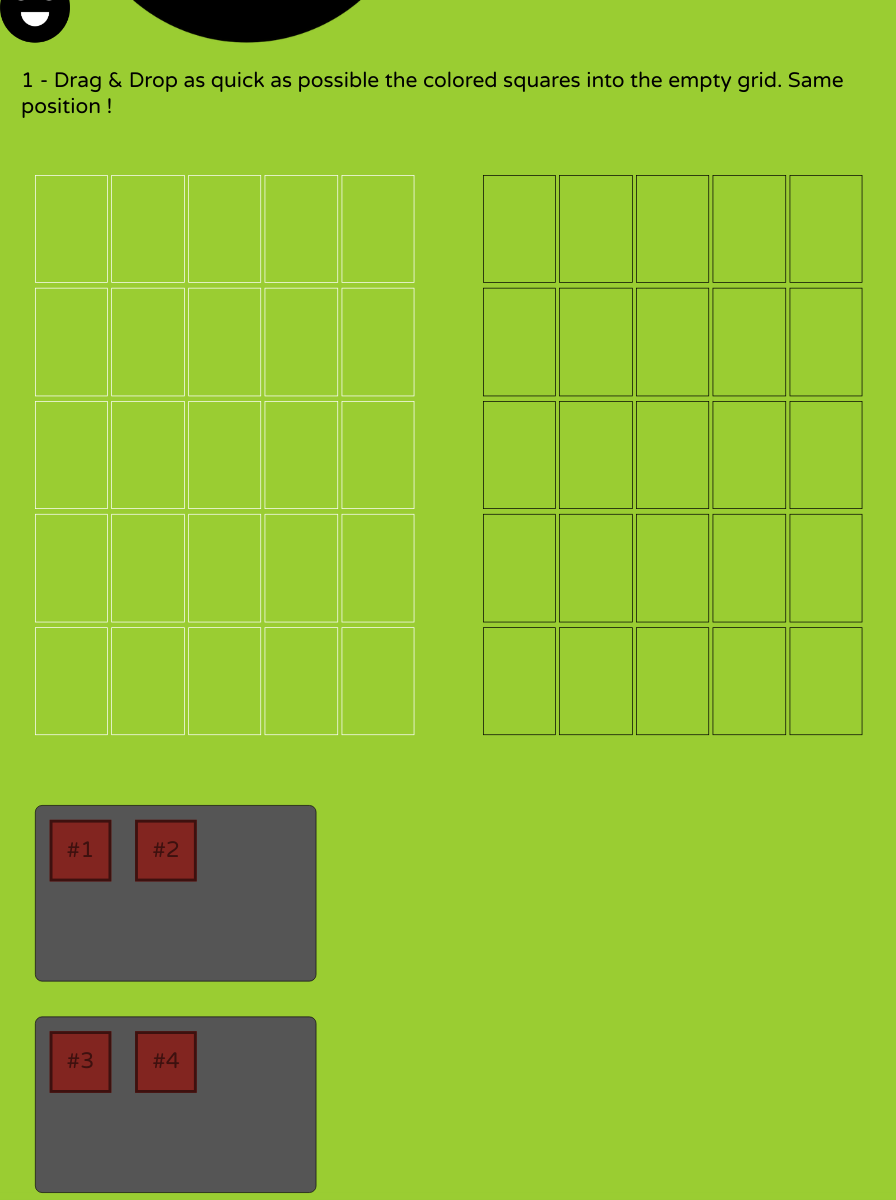
Repository: Siehan/Quiky-drag-and-drop
Page: index.html
These files come from the project's save history. The page is drawn as it stood at one moment and after a run of saves; the edit follows.
The browser window is 1280 px wide. The pictures show the part of the page from y = 913 to 2833 px (the page is 2627 px tall before and 3527 px after), at 70% of full size.

Above is the page before, as saved 2020-01-22 15:22:09.
Console error: TypeError: Cannot read properties of null (reading 'addEventListener')

### index.html
<!DOCTYPE html>
<html lang="en">

<head>
  <meta charset="UTF-8">
  <meta name="viewport" content="width=device-width, initial-scale=1.0">
  <meta http-equiv="X-UA-Compatible" content="ie=edge">
  <link rel="stylesheet" type="text/css" href="style.css">
  <script type="module" src="grid.js"></script>
  <script type="text/javascript"></script>
  <title>Document</title>
</head>

<body>
  <header>
    <img class="thumbs-face" src="images/Thumbs-Up-Smiley-Face.png" alt="thumbs face">
    <h1>Quiky Drag & Drop</h1>
    <button id="button-go">Go!</button>
    <button id="button-reset">Reset</button>
  </header>

  <div id="time"></div>
  <img class="black-face" src="images/1297390581.png" alt="black face">
  <img class="dragImg" src=drag_img.png>

  <p>1 - Drag & Drop as quick as possible the colored squares into the empty grid. Same position !</p>
  <div id="container">

    <div class="container-one"></div>
    <div class="container-two"></div>
  </div>

  <div class="dropper">
    <div class="draggable">#1</div>
    <div class="draggable">#2</div>
  </div>
  <div class="dropper">
    <div class="draggable">#3</div>
    <div class="draggable">#4</div>
  </div>

</body>

</html>

### style.css
@import url("https://fonts.googleapis.com/css?family=Varela+Round&display=swap");

body, html {
  font-family: 'Varela Round', sans-serif;
  background: yellowgreen;
  margin: 0 auto;
  padding: 0;
}

#button-go {
  width: 150px;
  color: white;
  font-size: 20px;
  background-color: orange;
  padding: 15px;
  border-radius: 30px 5px;
}

#button-reset {
  width: 150px;
  color: white;
  font-size: 20px;
  background-color: red;
  padding: 15px;
  border-radius: 30px 5px;
}

h1 {
  color: white;
  text-align: center;
  font-size: 50px;
}

p {
  padding: 30px;
  margin: auto;
  font-family: 'Varela Round', sans-serif;
  font-size: 30px;
  color: black;
}

.black-face {
  width: 100px;
}

.thumbs-face {
  width: 150px;
  display: block;
  margin-left: auto;
  margin-right: auto;
  padding-top: 10px;
  margin: auto;
}

#container {
  display: flex;
}

.container-one {
  display: grid;
  padding: 50px;
  grid-template-columns: repeat(5,1fr);
  grid-template-rows: repeat(5,1fr);
  width: 800px;
  height: 800px;
  grid-gap: 7px;
}
.container-two {
  display: grid;
  padding: 50px;
  grid-template-columns: repeat(5,1fr);
  grid-template-rows: repeat(5,1fr);
  width: 800px;
  height: 800px;
  grid-gap: 7px;
}

.container-one div {
  border: 1.5px solid white;
  width: 100%;
}

.container-two div {
  border: 1.5px solid black;
  width: 100%;
}

#time {
  padding: 50px;
  margin: auto;
  color: white;
  font-size: 25px;
}

.dropper {
    margin: 50px 10px 10px 50px;
    width: 400px;
    height: 250px;
    background-color: #555;
    border: 1px solid #111;

    border-radius: 10px;
    transition: all 200ms linear;
}

.drop_hover {
    box-shadow: 0 0 30px rgba(0, 0, 0, 0.8) inset;
}

.draggable {
    display: inline-block;
    margin: 20px 10px 10px 20px;
    padding-top: 20px;
    width: 80px;
    height: 60px;
    color: #3D110F;
    background-color: #822520;
    border: 4px solid #3D110F;
    text-align: center;
    font-size: 2em;
    cursor: move;

    transition: all 200ms linear;
    user-select: none;
}

### grid.js
function selectGeometricForms() {
    const btn = document.getElementById("button-go");
    const btnReset = document.getElementById("button-reset");
}

function setBlockColor() {
    const cases = document.querySelectorAll(".container-one div");
    cases.forEach(
        c =>
            c.style.background = getRandomColor())
}

function getRandomColor() {
    var letters = '0123456789ABCDEF';
    var color = '#';
    for (var i = 0; i < 6; i++) {
        color += letters[Math.floor(Math.random() * 16)];
    }
    return color;
}

function hourglass(id, cpt, lim, prev, next, callback) {
    (function f() {
        var el = document.getElementById(id);
        el.innerHTML = prev + cpt + next;
        if (cpt > lim) {
            cpt--;
            setTimeout(f, 999);
        } else if (callback) {
            callback();
        }
    })();
}

window.onload = function () {
    hourglass('time', 59, 0, 'The game ends in ', ' seconds', function () {
        alert("Game over !");
    });
};

for (let i = 0; i <= 24; i++) {
    var containerOne = document.querySelector(".container-one");
    var newDiv = document.createElement("div");
    newDiv.className = ("caseOne-" + i + " caseTableau1")
    containerOne.appendChild(newDiv);
}
console.log(containerOne);

for (let i = 0; i <= 24; i++) {
    var containerTwo = document.querySelector(".container-two");
    var newDiv2 = document.createElement("div");
    newDiv2.className = ("caseTwo-" + i + " caseTableau2")
    containerTwo.appendChild(newDiv2);
}
console.log(containerTwo);


var dragImg = new Image();
dragImg.src = 'drag_img.png';

document.querySelector('*[draggable="true"]').addEventListener('dragstart', function (e) {

    e.dataTransfer.setDragImage(dragImg, 40, 40); // Une position de 40x40 pixels centrera l'image (de 80x80 pixels) sous le curseur

});
(function () {

    var dndHandler = {

        draggedElement: null, // Propriété pointant vers l'élément en cours de déplacement

        applyDragEvents: function (element) {

            element.draggable = true;

            var dndHandler = this; // Cette variable est nécessaire pour que l'événement « dragstart » ci-dessous accède facilement au namespace « dndHandler »

            element.addEventListener('dragstart', function (e) {
                dndHandler.draggedElement = e.target; // On sauvegarde l'élément en cours de déplacement
                e.dataTransfer.setData('text/plain', ''); // Nécessaire pour Firefox
            });

        },

        applyDropEvents: function (dropper) {

            dropper.addEventListener('dragover', function (e) {
                e.preventDefault(); // On autorise le drop d'éléments
                this.className = 'dropper drop_hover'; // Et on applique le style adéquat à notre zone de drop quand un élément la survole
            });

            dropper.addEventListener('dragleave', function () {
                this.className = 'dropper'; // On revient au style de base lorsque l'élément quitte la zone de drop
            });

            var dndHandler = this; // Cette variable est nécessaire pour que l'événement « drop » ci-dessous accède facilement au namespace « dndHandler »

            dropper.addEventListener('drop', function (e) {

                var target = e.target,
                    draggedElement = dndHandler.draggedElement, // Récupération de l'élément concerné
                    clonedElement = draggedElement.cloneNode(true); // On créé immédiatement le clone de cet élément

                while (target.className.indexOf('dropper') == -1) { // Cette boucle permet de remonter jusqu'à la zone de drop parente
                    target = target.parentNode;
                }

                target.className = 'dropper'; // Application du style par défaut

                clonedElement = target.appendChild(clonedElement); // Ajout de l'élément cloné à la zone de drop actuelle
                dndHandler.applyDragEvents(clonedElement); // Nouvelle application des événements qui ont été perdus lors du cloneNode()

                draggedElement.parentNode.removeChild(draggedElement); // Suppression de l'élément d'origine

            });

        }

    };

    var elements = document.querySelectorAll('.draggable'),
        elementsLen = elements.length;

    for (var i = 0; i < elementsLen; i++) {
        dndHandler.applyDragEvents(elements[i]); // Application des paramètres nécessaires aux éléments déplaçables
    }

    var droppers = document.querySelectorAll('.dropper'),
        droppersLen = droppers.length;

    for (var i = 0; i < droppersLen; i++) {
        dndHandler.applyDropEvents(droppers[i]); // Application des événements nécessaires aux zones de drop
    }

})();


setBlockColor()

After the next 2 saves:
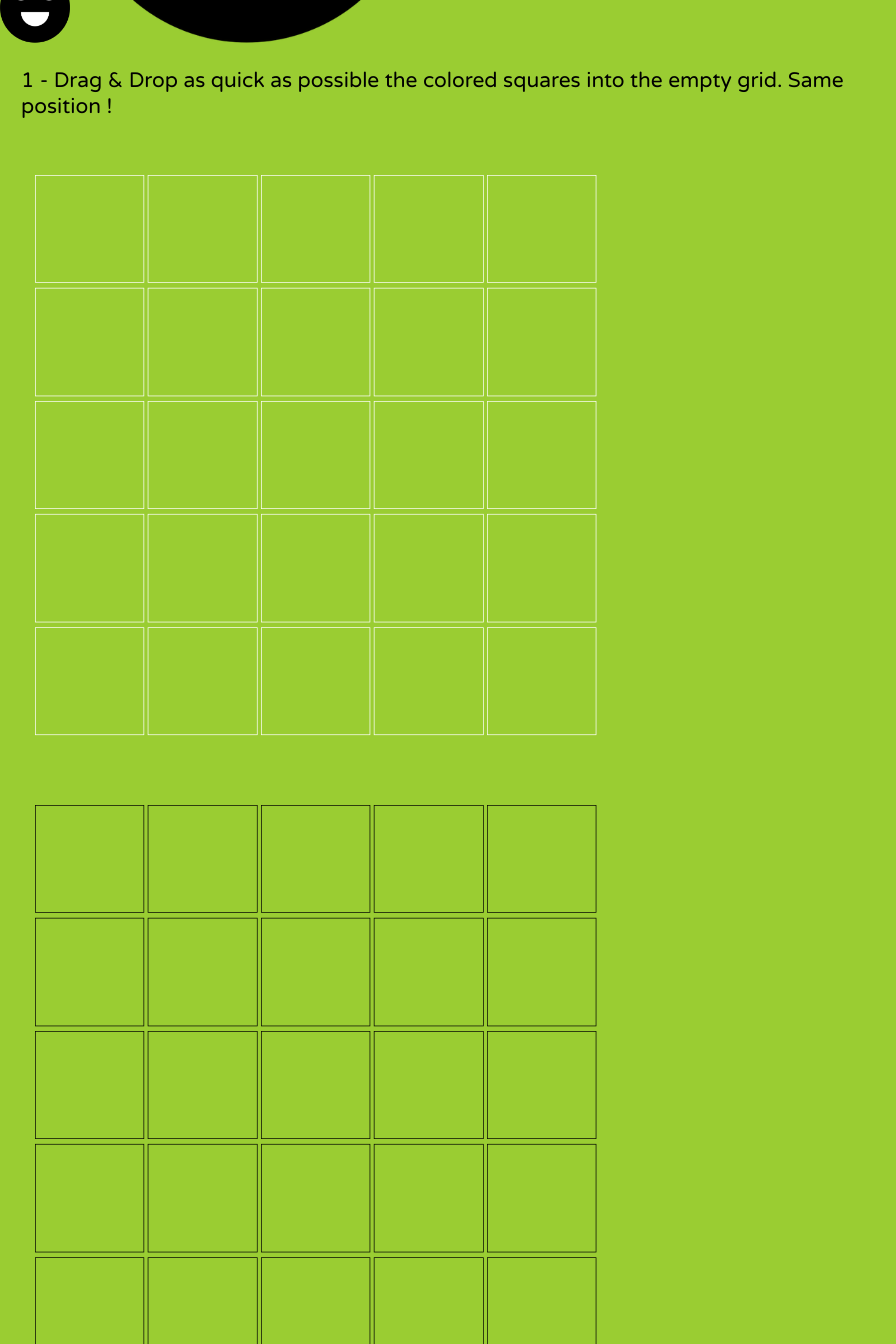
The 2 saves are shown as one change because they came seconds apart.
The last was saved 21 s later.
--- a/style.css
+++ b/style.css
@@ -51,6 +51,8 @@
   padding-top: 10px;
   margin: auto;
 }
+
+.dragImg
 
 #container {
   display: flex;

After the 3 saves that followed:
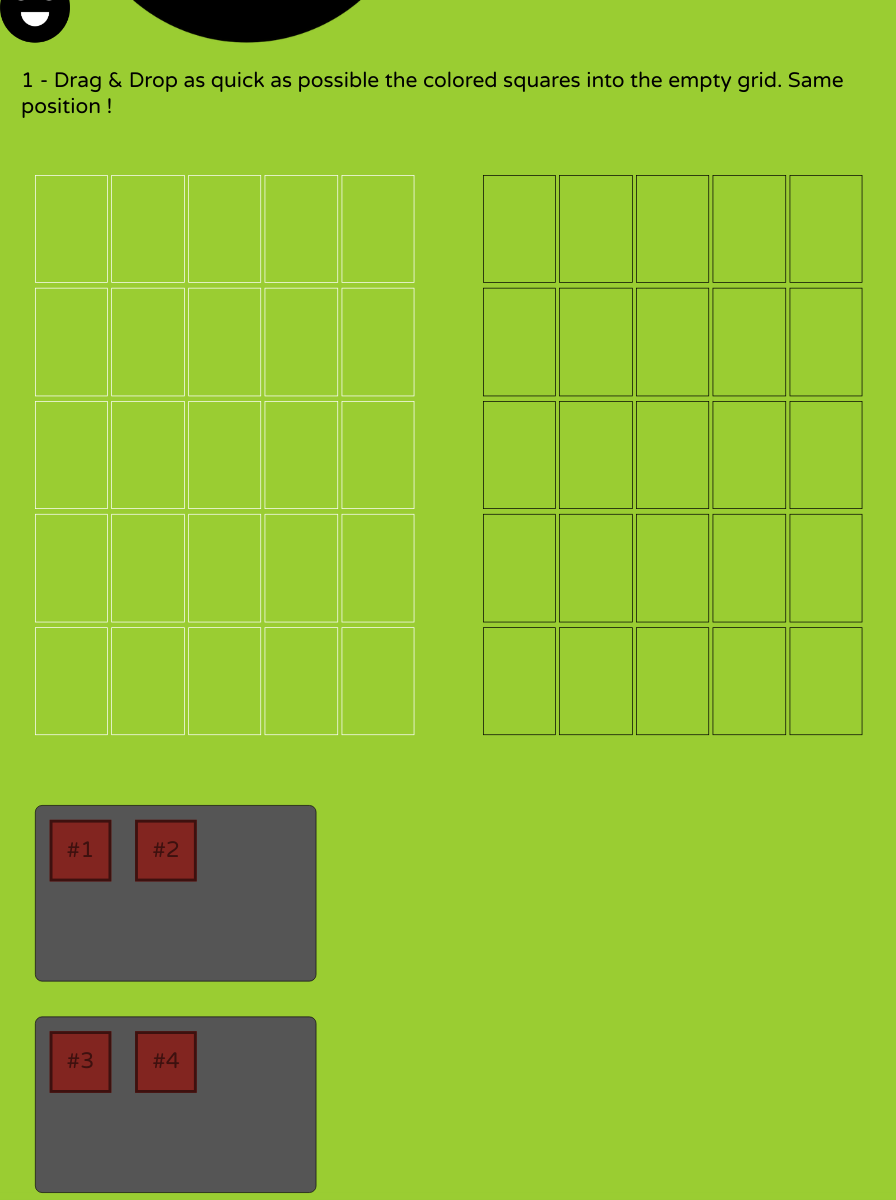
The 3 saves are shown as one change because they came seconds apart.
The last was saved 7 s later.
--- a/style.css
+++ b/style.css
@@ -52,7 +52,9 @@
   margin: auto;
 }
 
-.dragImg
+.dragImg {
+
+}
 
 #container {
   display: flex;
